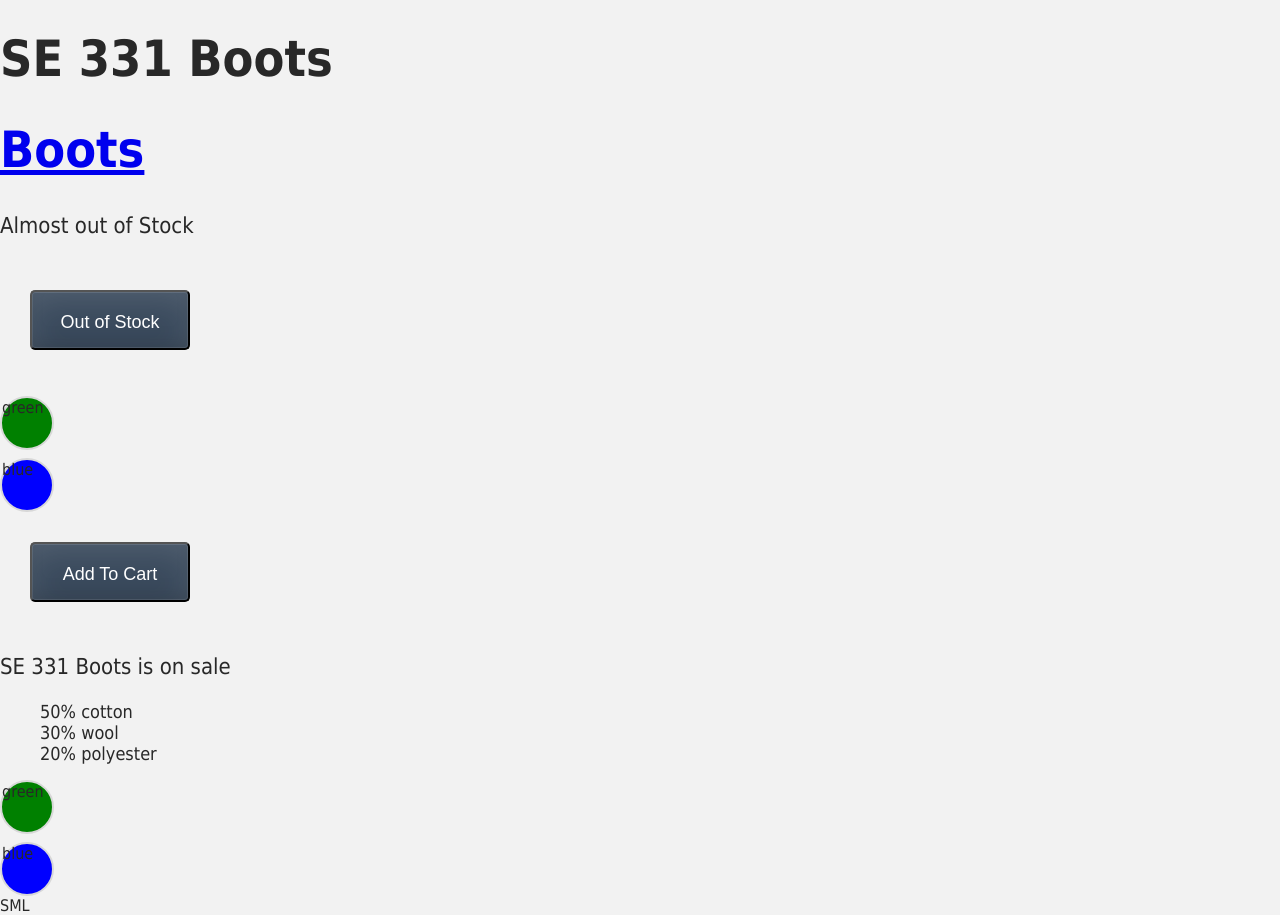
Repository: assassinhua/lab1
Page: index.html
An editor plug-in stored every save of this project. The page is shown before and after the next save, followed by the edit.
The browser window is 1280 px wide. The pictures show the part of the page from y = 374 to 1289 px (the page is 1289 px tall before and 1173 px after).
A picture or video elsewhere on the page could not be fetched, so the positions and the page height are approximate.

Above is the page before, as saved 2024-10-24 16:10:51.

After the next save:
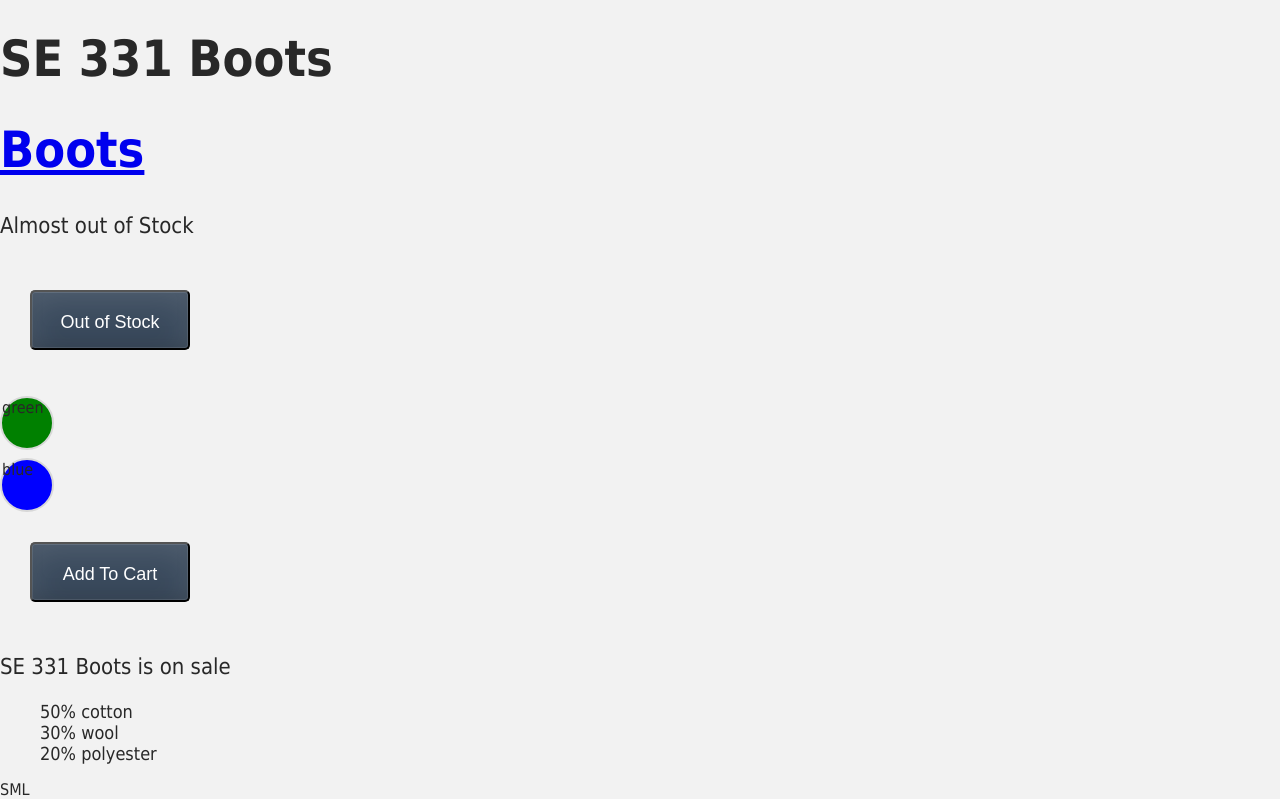
Saved 19 s later.
--- a/index.html
+++ b/index.html
@@ -54,10 +54,7 @@
             <ul>
                 <li v-for="detail in details">{{detail}}</li>
             </ul>
-            <div v-for="(variant,index) in variants" :key="variant.id" @mouseover="updateVariant(index)"
-                class="color-circle" :style="{backgroundColor: variant.color}">
-                {{ variant.color}}
-            </div>
+
             <span v-for="productSize in productSizes" :key="productSize.id">
                 {{ productSize.size}}
             </span>
